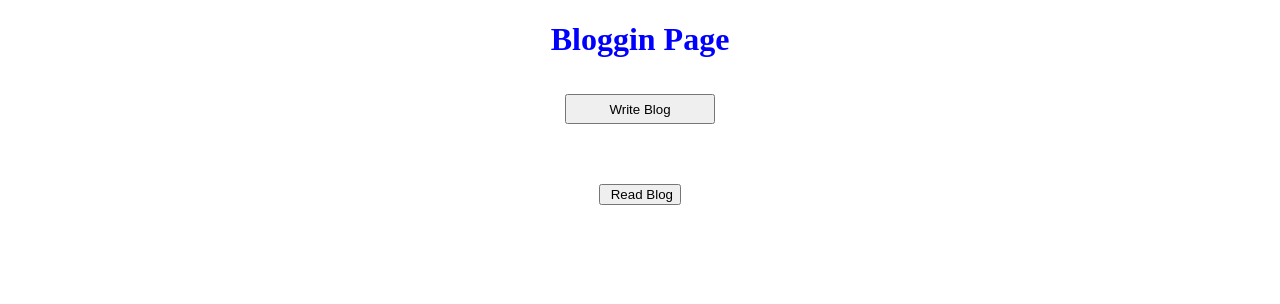
Repository: choubeyshubham018/CompleteJavaQuestions
Page: http://localhost/Ques_17_ServletBlogApplication/
The author's editor kept a copy of each file at every save. The page is drawn from the files as they stood at one save, then again after the next save.
The browser window is 1280 px wide. The pictures show the whole page.
The page is served by Tomcat 9.

Above is the page before, as saved 2023-09-19 06:28:56.

After the next save:
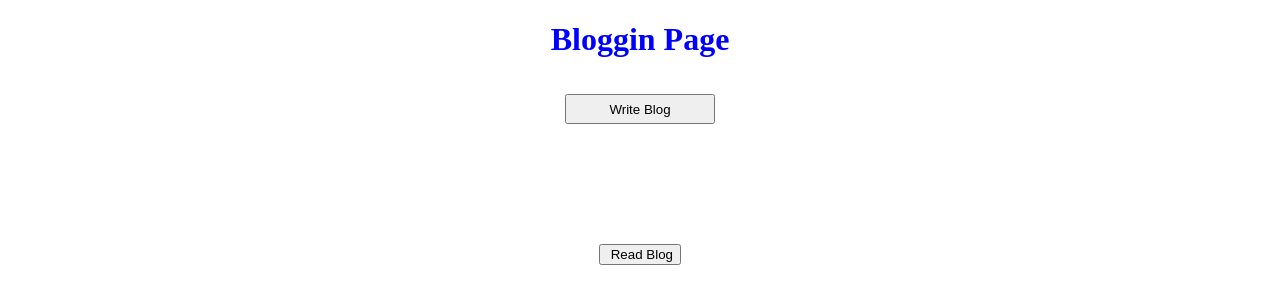
Saved 16 s later.
--- a/Servlet Assignment/Ques_17_ServletBlogApplication/src/main/webapp/index.jsp
+++ b/Servlet Assignment/Ques_17_ServletBlogApplication/src/main/webapp/index.jsp
@@ -10,7 +10,7 @@
 
 <h1 style="text-align: center; color: blue;">Bloggin Page</h1>
 <div style="display: flex; justify-content: center; height: 200px; flex-direction: column;align-items: center;">
-<div>
+<div style="padding: 30px; margin: 30px;">
 <form action="./blog & s1=save %">
 <input type="submit" value="Write Blog" style="height: 30px;width: 150px;">
 </form>
